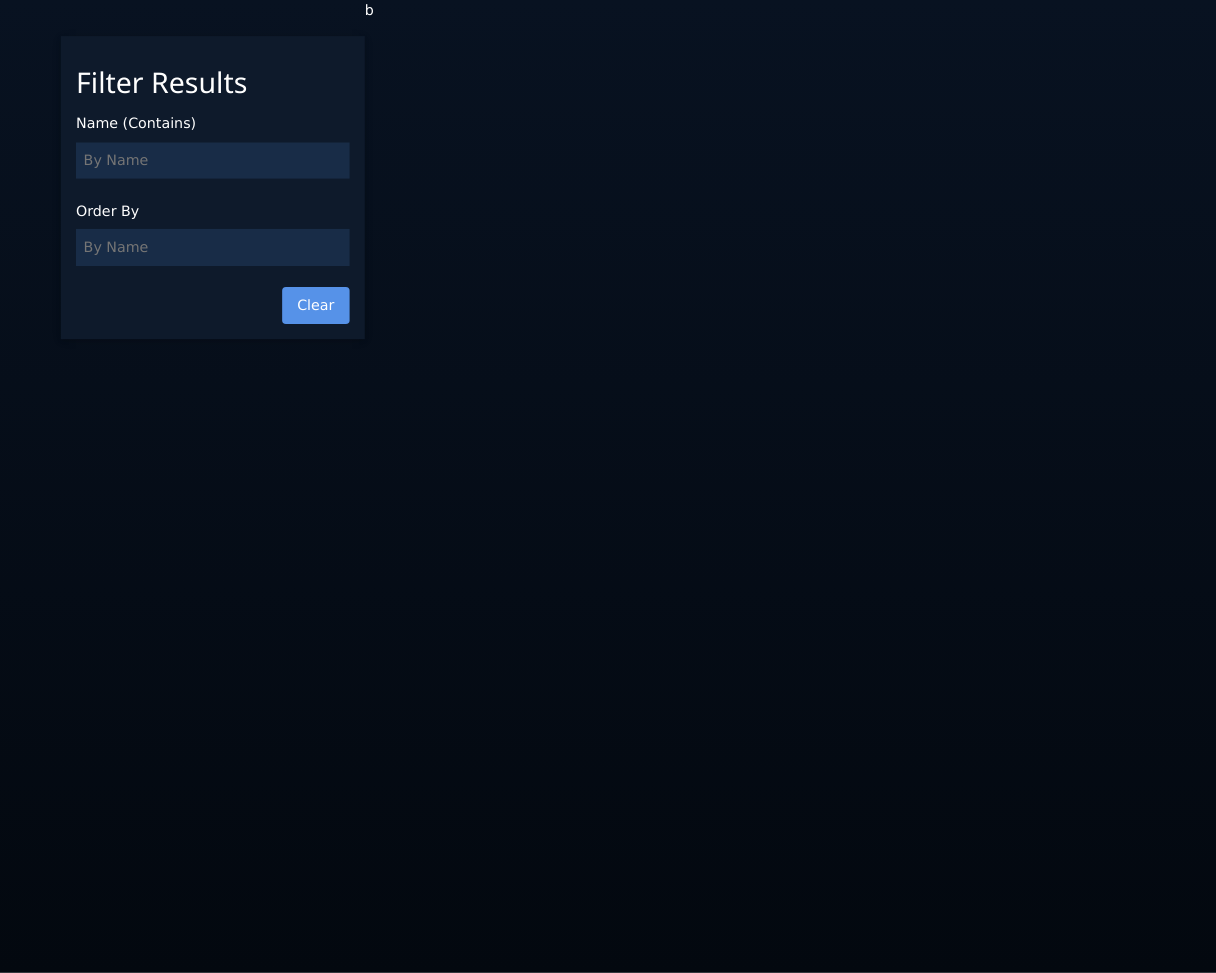
Repository: seyicoded/testestech
Page: /
These files come from the project's save history. The page is drawn as it stood at one moment and after the next save; the edit follows.
The browser window is 1280 px wide. The pictures show the whole page, at 95% of full size.
The project was rebuilt for these pictures with package versions that can differ from the ones it lists, and the page was loaded fresh each time.

Above is the page before, as saved 2022-02-07 13:56:55.

After the next save:
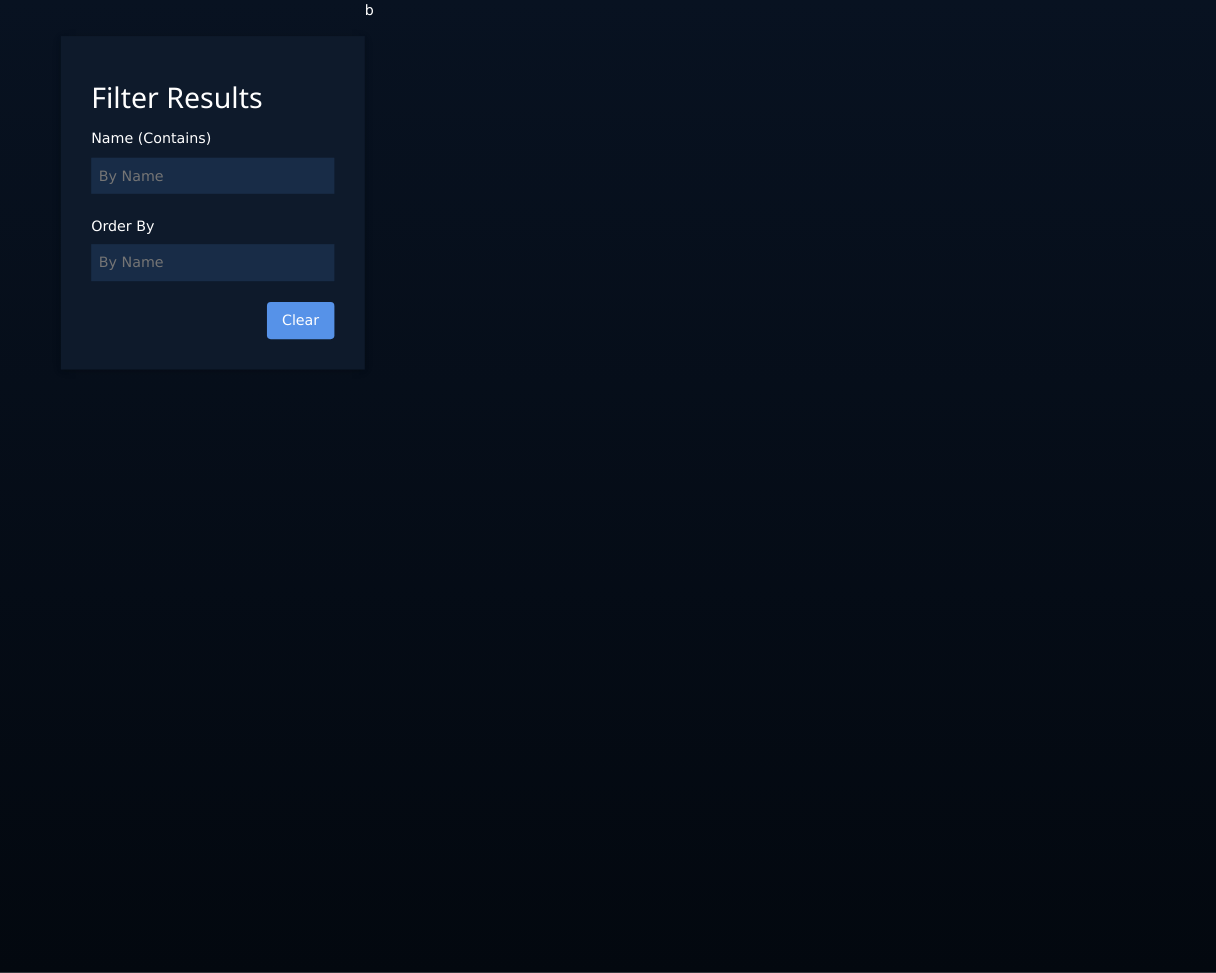
Saved 16 s later.
--- a/src/App.css
+++ b/src/App.css
@@ -65,7 +65,7 @@
 }
 
 .Container .left .card{
-  padding: 5%;
+  padding: 10%;
   background: #0e1a2b;
 }
 .Container .left .card .content{
